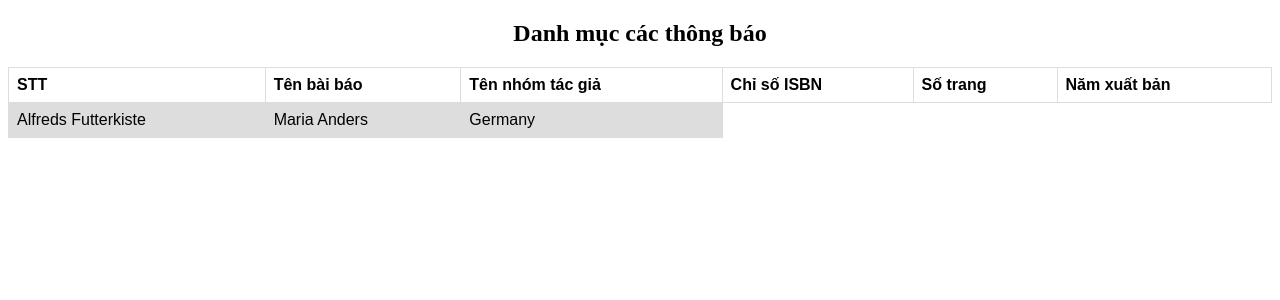
Repository: thanhdatdev/paper-project
Page: views/index.ejs
The author's editor kept a copy of each file at every save. The page is drawn from the files as they stood at one save, then again after the next save.
The browser window is 1280 px wide. The pictures show the whole page.
The page is served by the project's Node server (app.js). The template is opened directly, without the code that normally fills it, so the values that code supplies are empty.

Above is the page before, as saved 2020-10-30 10:45:46.

After the next save:
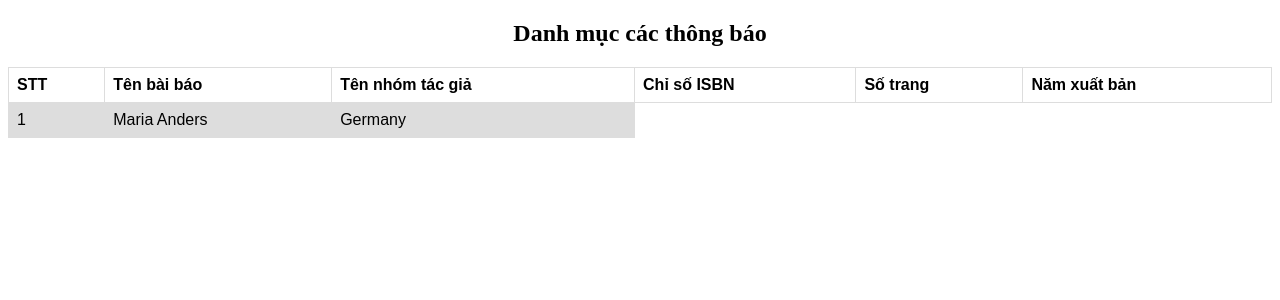
Saved 8 s later.
--- a/views/index.ejs
+++ b/views/index.ejs
@@ -23,7 +23,7 @@
             <th>Năm xuất bản</th>
         </tr>
         <tr>
-            <td>Alfreds Futterkiste</td>
+            <td>1</td>
             <td>Maria Anders</td>
             <td>Germany</td>
         </tr>
